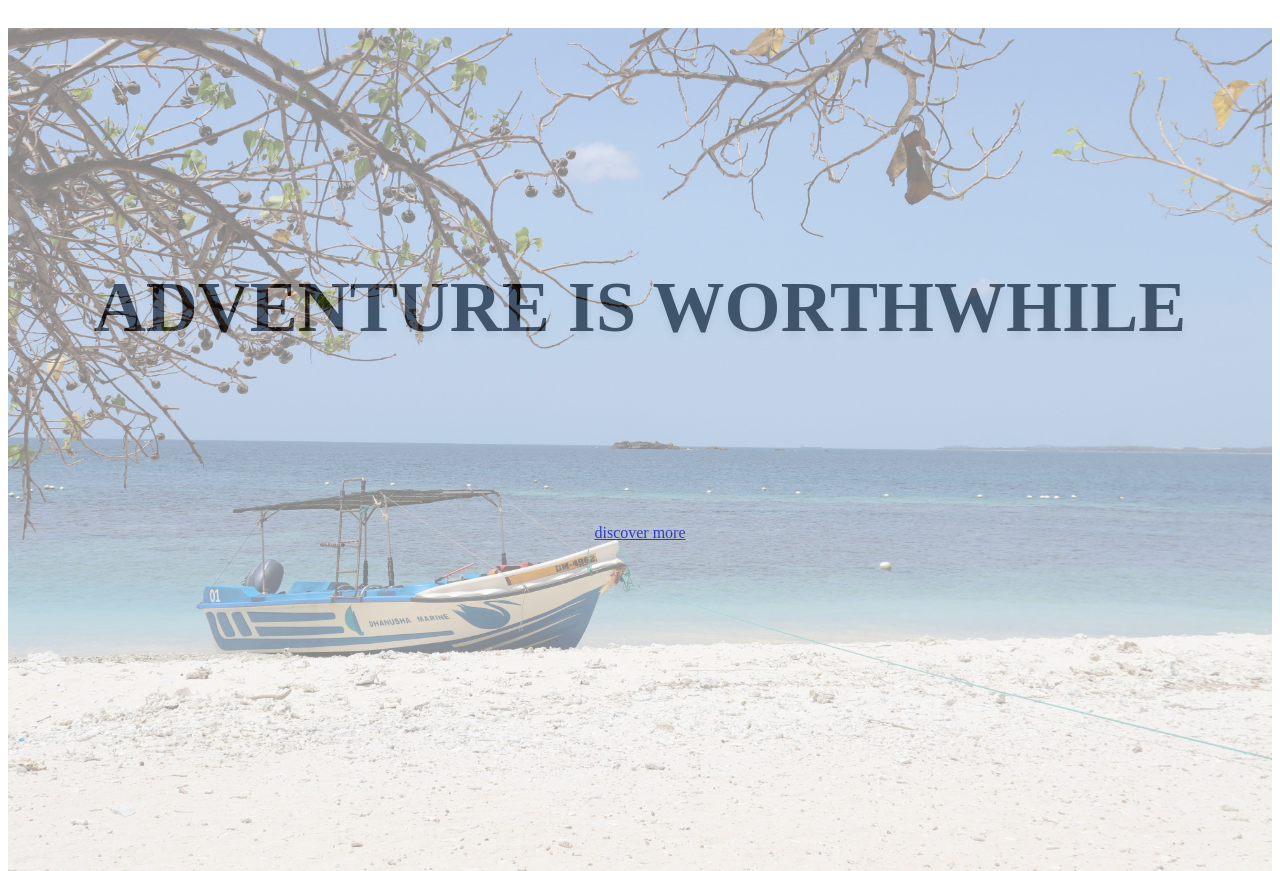
Repository: KasunInd27/Ceylon-Journey
Page: Home/home.html
These files come from the project's save history. The page is drawn as it stood at one moment and after the next save; the edit follows.
The browser window is 1280 px wide. The pictures show the whole page.

Above is the page before, as saved 2024-10-05 13:36:27.
Console error: SyntaxError: Unexpected token '<'

After the next save:
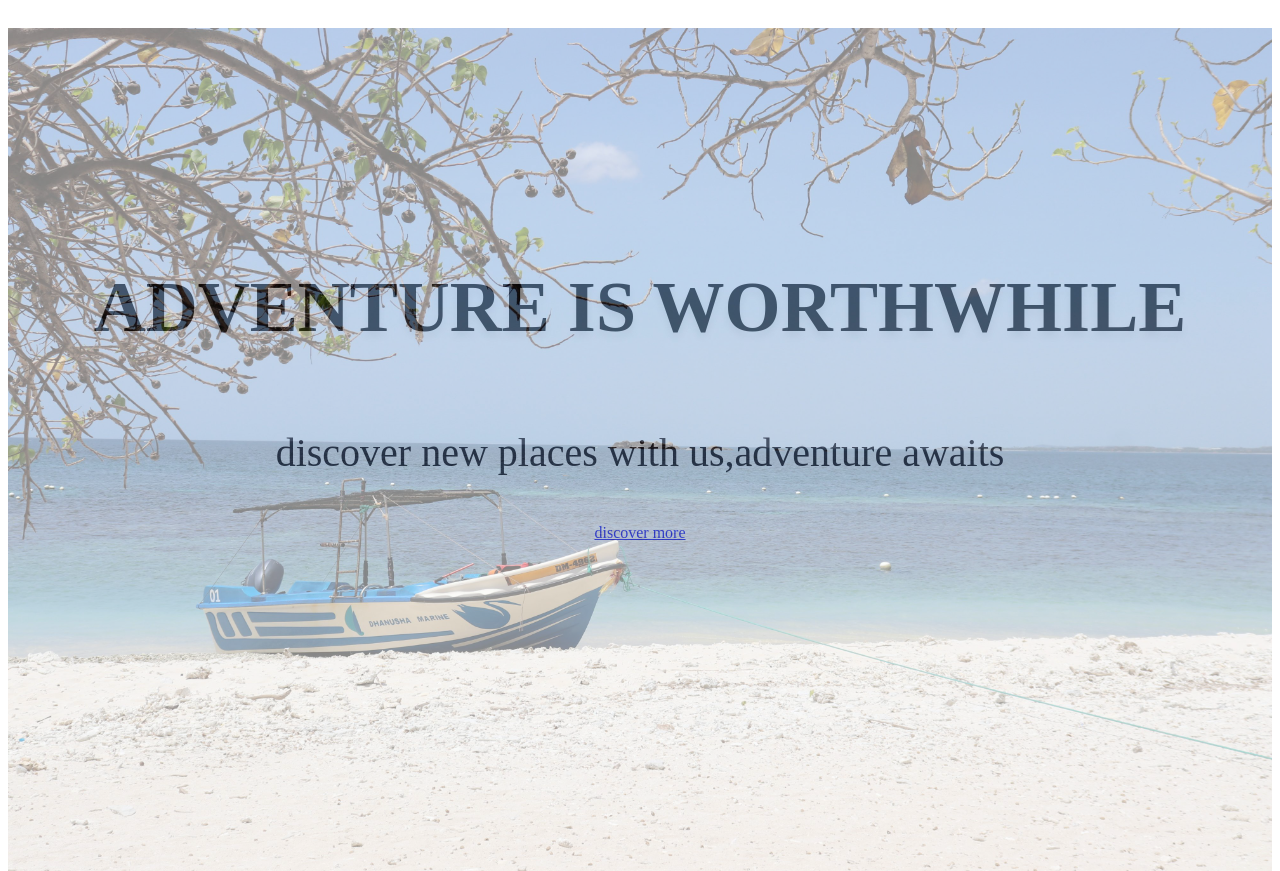
Saved 14 s later.
--- a/Home/CSS/home.css
+++ b/Home/CSS/home.css
@@ -58,7 +58,7 @@
 .home .content p {
     font-size: 2.5rem;
     /* Sets the font size for paragraphs inside the .content class in the .home section */
-    color: #fff;
+    color: #0c0000;
     /* Sets the text color to white */
     padding: 0.5rem 0;
     /* Adds vertical padding (top and bottom) of 0.5rem */
